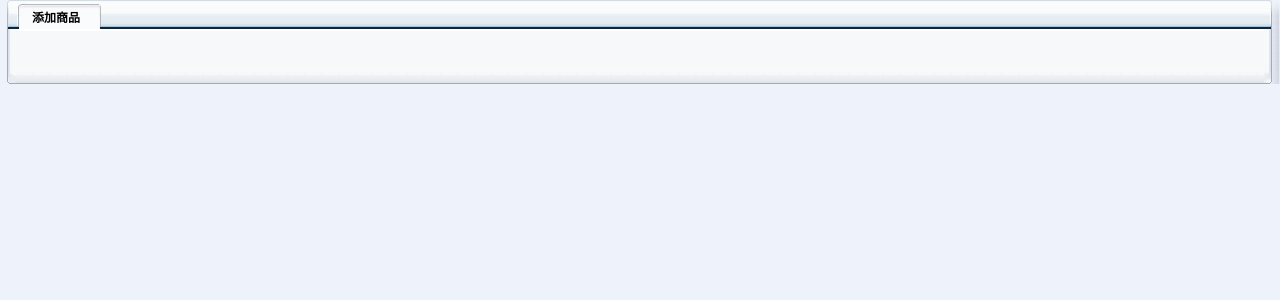
Repository: wzhcxw/shop
Page: ShopOnline/WebContent/admin/addsku.html
These files come from the project's save history. The page is drawn as it stood at one moment and after the next save; the edit follows.
The browser window is 1280 px wide. The pictures show the whole page.

Above is the page before, as saved 2014-09-25 16:13:12.

### ShopOnline/WebContent/admin/addsku.html
<link href="../admin/images/skin.css" rel="stylesheet" type="text/css" />
<meta http-equiv="Content-Type" content="text/html; charset=UTF-8" />
<head>
	<script src="../admin/js/ckeditor.js"></script>
	<script  src="../js/jquery-1.7.2.min.js"></script>
	<script  src="../js/jsbase64.js"></script>
	<script  src = "../js/json.js"></script>


	<script>



	</script>


</head>
<style type="text/css">
<!--
body {
margin-left: 0px;
margin-top: 0px;
margin-right: 0px;
margin-bottom: 0px;
background-color: #EEF2FB;
}
-->
</style>
<body>
<table width="100%" border="0" cellpadding="0" cellspacing="0">
<tr>
<td width="17" valign="top" background="../admin/images/mail_leftbg.gif"><img src="../admin/images/left-top-right.gif" width="17" height="29" /></td>
<td valign="top" background="../admin/images/content-bg.gif"><table width="100%" height="31" border="0" cellpadding="0" cellspacing="0" class="left_topbg" id="table2">
<tr>
<td height="31"><div class="titlebt">添加商品</div></td>
</tr>
</table></td>
<td width="16" valign="top" background="../admin/images/mail_rightbg.gif"><img src="../admin/images/nav-right-bg.gif" width="16" height="29" /></td>
</tr>
<tr>
<td valign="middle" background="../admin/images/mail_leftbg.gif">&nbsp;</td>
<td valign="top" bgcolor="#F7F8F9">&nbsp;


<body  id= mainbody  >
 	<br>
	<br>





</body>





</td>
<td background="../admin/images/mail_rightbg.gif">&nbsp;
</td>
</tr>
<tr>
<td valign="bottom" background="../admin/images/mail_leftbg.gif"><img src="../admin/images/buttom_left2.gif" width="17" height="17" /></td>
<td background="../admin/images/buttom_bgs.gif"><img src="../admin/images/buttom_bgs.gif" width="17" height="17"></td>
<td valign="bottom" background="../admin/images/mail_rightbg.gif"><img src="../admin/images/buttom_right2.gif" width="16" height="17" /></td>
</tr>
</table>
</body>

### ShopOnline/WebContent/js/jsbase64.js
/**
 * base64 de   en,
 */

function Base64() {

    // private property
    _keyStr = "ABCDEFGHIJKLMNOPQRSTUVWXYZabcdefghijklmnopqrstuvwxyz0123456789+/=";

    // public method for encoding
    this.encode = function (input) {
        var output = "";
        var chr1, chr2, chr3, enc1, enc2, enc3, enc4;
        var i = 0;
        input = _utf8_encode(input);
        while (i < input.length) {
            chr1 = input.charCodeAt(i++);
            chr2 = input.charCodeAt(i++);
            chr3 = input.charCodeAt(i++);
            enc1 = chr1 >> 2;
            enc2 = ((chr1 & 3) << 4) | (chr2 >> 4);
            enc3 = ((chr2 & 15) << 2) | (chr3 >> 6);
            enc4 = chr3 & 63;
            if (isNaN(chr2)) {
                enc3 = enc4 = 64;
            } else if (isNaN(chr3)) {
                enc4 = 64;
            }
            output = output +
            _keyStr.charAt(enc1) + _keyStr.charAt(enc2) +
            _keyStr.charAt(enc3) + _keyStr.charAt(enc4);
        }

        return output;
    }

    // public method for decoding
    this.decode = function (input) {
        var output = "";
        var chr1, chr2, chr3;
        var enc1, enc2, enc3, enc4;
        var i = 0;
        input = input.replace(/[^A-Za-z0-9\+\/\=]/g, "");
        while (i < input.length) {
            enc1 = _keyStr.indexOf(input.charAt(i++));
            enc2 = _keyStr.indexOf(input.charAt(i++));
            enc3 = _keyStr.indexOf(input.charAt(i++));
            enc4 = _keyStr.indexOf(input.charAt(i++));
            chr1 = (enc1 << 2) | (enc2 >> 4);
            chr2 = ((enc2 & 15) << 4) | (enc3 >> 2);
            chr3 = ((enc3 & 3) << 6) | enc4;
            output = output + String.fromCharCode(chr1);
            if (enc3 != 64) {
                output = output + String.fromCharCode(chr2);
            }
            if (enc4 != 64) {
                output = output + String.fromCharCode(chr3);
            }
        }
        output = _utf8_decode(output);
        return output;
    }

    // private method for UTF-8 encoding
    _utf8_encode = function (string) {
        string = string.replace(/\r\n/g,"\n");
        var utftext = "";
        for (var n = 0; n < string.length; n++) {
            var c = string.charCodeAt(n);
            if (c < 128) {
                utftext += String.fromCharCode(c);
            } else if((c > 127) && (c < 2048)) {
                utftext += String.fromCharCode((c >> 6) | 192);
                utftext += String.fromCharCode((c & 63) | 128);
            } else {
                utftext += String.fromCharCode((c >> 12) | 224);
                utftext += String.fromCharCode(((c >> 6) & 63) | 128);
                utftext += String.fromCharCode((c & 63) | 128);
            }

        }
        return utftext;
    }

    // private method for UTF-8 decoding
    _utf8_decode = function (utftext) {
        var string = "";
        var i = 0;
        var c = c1 = c2 = 0;
        while ( i < utftext.length ) {
            c = utftext.charCodeAt(i);
            if (c < 128) {
                string += String.fromCharCode(c);
                i++;
            } else if((c > 191) && (c < 224)) {
                c2 = utftext.charCodeAt(i+1);
                string += String.fromCharCode(((c & 31) << 6) | (c2 & 63));
                i += 2;
            } else {
                c2 = utftext.charCodeAt(i+1);
                c3 = utftext.charCodeAt(i+2);
                string += String.fromCharCode(((c & 15) << 12) | ((c2 & 63) << 6) | (c3 & 63));
                i += 3;
            }
        }
        return string;
    }
}

### ShopOnline/WebContent/js/json.js
/**
 *
 */

/*
    json2.js
    2014-02-04

    Public Domain.

    NO WARRANTY EXPRESSED OR IMPLIED. USE AT YOUR OWN RISK.

    See http://www.JSON.org/js.html


    This code should be minified before deployment.
    See http://javascript.crockford.com/jsmin.html

    USE YOUR OWN COPY. IT IS EXTREMELY UNWISE TO LOAD CODE FROM SERVERS YOU DO
    NOT CONTROL.


    This file creates a global JSON object containing two methods: stringify
    and parse.

        JSON.stringify(value, replacer, space)
            value       any JavaScript value, usually an object or array.

            replacer    an optional parameter that determines how object
                        values are stringified for objects. It can be a
                        function or an array of strings.

            space       an optional parameter that specifies the indentation
                        of nested structures. If it is omitted, the text will
                        be packed without extra whitespace. If it is a number,
                        it will specify the number of spaces to indent at each
                        level. If it is a string (such as '\t' or '&nbsp;'),
                        it contains the characters used to indent at each level.

            This method produces a JSON text from a JavaScript value.

            When an object value is found, if the object contains a toJSON
            method, its toJSON method will be called and the result will be
            stringified. A toJSON method does not serialize: it returns the
            value represented by the name/value pair that should be serialized,
            or undefined if nothing should be serialized. The toJSON method
            will be passed the key associated with the value, and this will be
            bound to the value

            For example, this would serialize Dates as ISO strings.

                Date.prototype.toJSON = function (key) {
                    function f(n) {
                        // Format integers to have at least two digits.
                        return n < 10 ? '0' + n : n;
                    }

                    return this.getUTCFullYear()   + '-' +
                         f(this.getUTCMonth() + 1) + '-' +
                         f(this.getUTCDate())      + 'T' +
                         f(this.getUTCHours())     + ':' +
                         f(this.getUTCMinutes())   + ':' +
                         f(this.getUTCSeconds())   + 'Z';
                };

            You can provide an optional replacer method. It will be passed the
            key and value of each member, with this bound to the containing
            object. The value that is returned from your method will be
            serialized. If your method returns undefined, then the member will
            be excluded from the serialization.

            If the replacer parameter is an array of strings, then it will be
            used to select the members to be serialized. It filters the results
            such that only members with keys listed in the replacer array are
            stringified.

            Values that do not have JSON representations, such as undefined or
            functions, will not be serialized. Such values in objects will be
            dropped; in arrays they will be replaced with null. You can use
            a replacer function to replace those with JSON values.
            JSON.stringify(undefined) returns undefined.

            The optional space parameter produces a stringification of the
            value that is filled with line breaks and indentation to make it
            easier to read.

            If the space parameter is a non-empty string, then that string will
            be used for indentation. If the space parameter is a number, then
            the indentation will be that many spaces.

            Example:

            text = JSON.stringify(['e', {pluribus: 'unum'}]);
            // text is '["e",{"pluribus":"unum"}]'


            text = JSON.stringify(['e', {pluribus: 'unum'}], null, '\t');
            // text is '[\n\t"e",\n\t{\n\t\t"pluribus": "unum"\n\t}\n]'

            text = JSON.stringify([new Date()], function (key, value) {
                return this[key] instanceof Date ?
                    'Date(' + this[key] + ')' : value;
            });
            // text is '["Date(---current time---)"]'


        JSON.parse(text, reviver)
            This method parses a JSON text to produce an object or array.
            It can throw a SyntaxError exception.

            The optional reviver parameter is a function that can filter and
            transform the results. It receives each of the keys and values,
            and its return value is used instead of the original value.
            If it returns what it received, then the structure is not modified.
            If it returns undefined then the member is deleted.

            Example:

            // Parse the text. Values that look like ISO date strings will
            // be converted to Date objects.

            myData = JSON.parse(text, function (key, value) {
                var a;
                if (typeof value === 'string') {
                    a =
/^(\d{4})-(\d{2})-(\d{2})T(\d{2}):(\d{2}):(\d{2}(?:\.\d*)?)Z$/.exec(value);
                    if (a) {
                        return new Date(Date.UTC(+a[1], +a[2] - 1, +a[3], +a[4],
                            +a[5], +a[6]));
                    }
                }
                return value;
            });

            myData = JSON.parse('["Date(09/09/2001)"]', function (key, value) {
                var d;
                if (typeof value === 'string' &&
                        value.slice(0, 5) === 'Date(' &&
                        value.slice(-1) === ')') {
                    d = new Date(value.slice(5, -1));
                    if (d) {
                        return d;
                    }
                }
                return value;
            });


    This is a reference implementation. You are free to copy, modify, or
    redistribute.
*/

/*jslint evil: true, regexp: true */

/*members "", "\b", "\t", "\n", "\f", "\r", "\"", JSON, "\\", apply,
    call, charCodeAt, getUTCDate, getUTCFullYear, getUTCHours,
    getUTCMinutes, getUTCMonth, getUTCSeconds, hasOwnProperty, join,
    lastIndex, length, parse, prototype, push, replace, slice, stringify,
    test, toJSON, toString, valueOf
*/


// Create a JSON object only if one does not already exist. We create the
// methods in a closure to avoid creating global variables.

if (typeof JSON !== 'object') {
    JSON = {};
}

(function () {
    'use strict';

    function f(n) {
        // Format integers to have at least two digits.
        return n < 10 ? '0' + n : n;
    }

    if (typeof Date.prototype.toJSON !== 'function') {

        Date.prototype.toJSON = function () {

            return isFinite(this.valueOf())
                ? this.getUTCFullYear()     + '-' +
                    f(this.getUTCMonth() + 1) + '-' +
                    f(this.getUTCDate())      + 'T' +
                    f(this.getUTCHours())     + ':' +
                    f(this.getUTCMinutes())   + ':' +
                    f(this.getUTCSeconds())   + 'Z'
                : null;
        };

        String.prototype.toJSON      =
            Number.prototype.toJSON  =
            Boolean.prototype.toJSON = function () {
                return this.valueOf();
            };
    }

    var cx,
        escapable,
        gap,
        indent,
        meta,
        rep;


    function quote(string) {

// If the string contains no control characters, no quote characters, and no
// backslash characters, then we can safely slap some quotes around it.
// Otherwise we must also replace the offending characters with safe escape
// sequences.

        escapable.lastIndex = 0;
        return escapable.test(string) ? '"' + string.replace(escapable, function (a) {
            var c = meta[a];
            return typeof c === 'string'
                ? c
                : '\\u' + ('0000' + a.charCodeAt(0).toString(16)).slice(-4);
        }) + '"' : '"' + string + '"';
    }


    function str(key, holder) {

// Produce a string from holder[key].

        var i,          // The loop counter.
            k,          // The member key.
            v,          // The member value.
            length,
            mind = gap,
            partial,
            value = holder[key];

// If the value has a toJSON method, call it to obtain a replacement value.

        if (value && typeof value === 'object' &&
                typeof value.toJSON === 'function') {
            value = value.toJSON(key);
        }

// If we were called with a replacer function, then call the replacer to
// obtain a replacement value.

        if (typeof rep === 'function') {
            value = rep.call(holder, key, value);
        }

// What happens next depends on the value's type.

        switch (typeof value) {
        case 'string':
            return quote(value);

        case 'number':

// JSON numbers must be finite. Encode non-finite numbers as null.

            return isFinite(value) ? String(value) : 'null';

        case 'boolean':
        case 'null':

// If the value is a boolean or null, convert it to a string. Note:
// typeof null does not produce 'null'. The case is included here in
// the remote chance that this gets fixed someday.

            return String(value);

// If the type is 'object', we might be dealing with an object or an array or
// null.

        case 'object':

// Due to a specification blunder in ECMAScript, typeof null is 'object',
// so watch out for that case.

            if (!value) {
                return 'null';
            }

// Make an array to hold the partial results of stringifying this object value.

            gap += indent;
            partial = [];

// Is the value an array?

            if (Object.prototype.toString.apply(value) === '[object Array]') {

// The value is an array. Stringify every element. Use null as a placeholder
// for non-JSON values.

                length = value.length;
                for (i = 0; i < length; i += 1) {
                    partial[i] = str(i, value) || 'null';
                }

// Join all of the elements together, separated with commas, and wrap them in
// brackets.

                v = partial.length === 0
                    ? '[]'
                    : gap
                    ? '[\n' + gap + partial.join(',\n' + gap) + '\n' + mind + ']'
                    : '[' + partial.join(',') + ']';
                gap = mind;
                return v;
            }

// If the replacer is an array, use it to select the members to be stringified.

            if (rep && typeof rep === 'object') {
                length = rep.length;
                for (i = 0; i < length; i += 1) {
                    if (typeof rep[i] === 'string') {
                        k = rep[i];
                        v = str(k, value);
                        if (v) {
                            partial.push(quote(k) + (gap ? ': ' : ':') + v);
                        }
                    }
                }
            } else {

// Otherwise, iterate through all of the keys in the object.

                for (k in value) {
                    if (Object.prototype.hasOwnProperty.call(value, k)) {
                        v = str(k, value);
                        if (v) {
                            partial.push(quote(k) + (gap ? ': ' : ':') + v);
                        }
                    }
                }
            }

// Join all of the member texts together, separated with commas,
// and wrap them in braces.

            v = partial.length === 0
                ? '{}'
                : gap
                ? '{\n' + gap + partial.join(',\n' + gap) + '\n' + mind + '}'
                : '{' + partial.join(',') + '}';
            gap = mind;
            return v;
        }
    }

// If the JSON object does not yet have a stringify method, give it one.

    if (typeof JSON.stringify !== 'function') {
        escapable = /[\\\"\x00-\x1f\x7f-\x9f\u00ad\u0600-\u0604\u070f\u17b4\u17b5\u200c-\u200f\u2028-\u202f\u2060-\u206f\ufeff\ufff0-\uffff]/g;
        meta = {    // table of character substitutions
            '\b': '\\b',
            '\t': '\\t',
            '\n': '\\n',
            '\f': '\\f',
            '\r': '\\r',
            '"' : '\\"',
            '\\': '\\\\'
        };
        JSON.stringify = function (value, replacer, space) {

// The stringify method takes a value and an optional replacer, and an optional
// space parameter, and returns a JSON text. The replacer can be a function
// that can replace values, or an array of strings that will select the keys.
// A default replacer method can be provided. Use of the space parameter can
// produce text that is more easily readable.

            var i;
            gap = '';
            indent = '';

// If the space parameter is a number, make an indent string containing that
// many spaces.

            if (typeof space === 'number') {
                for (i = 0; i < space; i += 1) {
                    indent += ' ';
                }

// If the space parameter is a string, it will be used as the indent string.

            } else if (typeof space === 'string') {
                indent = space;
            }

// If there is a replacer, it must be a function or an array.
// Otherwise, throw an error.

            rep = replacer;
            if (replacer && typeof replacer !== 'function' &&
                    (typeof replacer !== 'object' ||
                    typeof replacer.length !== 'number')) {
                throw new Error('JSON.stringify');
            }

// Make a fake root object containing our value under the key of ''.
// Return the result of stringifying the value.

            return str('', {'': value});
        };
    }


// If the JSON object does not yet have a parse method, give it one.

    if (typeof JSON.parse !== 'function') {
        cx = /[\u0000\u00ad\u0600-\u0604\u070f\u17b4\u17b5\u200c-\u200f\u2028-\u202f\u2060-\u206f\ufeff\ufff0-\uffff]/g;
        JSON.parse = function (text, reviver) {

// The parse method takes a text and an optional reviver function, and returns
// a JavaScript value if the text is a valid JSON text.

            var j;

            function walk(holder, key) {

// The walk method is used to recursively walk the resulting structure so
// that modifications can be made.

                var k, v, value = holder[key];
                if (value && typeof value === 'object') {
                    for (k in value) {
                        if (Object.prototype.hasOwnProperty.call(value, k)) {
                            v = walk(value, k);
                            if (v !== undefined) {
                                value[k] = v;
                            } else {
                                delete value[k];
                            }
                        }
                    }
                }
                return reviver.call(holder, key, value);
            }


// Parsing happens in four stages. In the first stage, we replace certain
// Unicode characters with escape sequences. JavaScript handles many characters
// incorrectly, either silently deleting them, or treating them as line endings.

            text = String(text);
            cx.lastIndex = 0;
            if (cx.test(text)) {
                text = text.replace(cx, function (a) {
                    return '\\u' +
                        ('0000' + a.charCodeAt(0).toString(16)).slice(-4);
                });
            }

// In the second stage, we run the text against regular expressions that look
// for non-JSON patterns. We are especially concerned with '()' and 'new'
// because they can cause invocation, and '=' because it can cause mutation.
// But just to be safe, we want to reject all unexpected forms.

// We split the second stage into 4 regexp operations in order to work around
// crippling inefficiencies in IE's and Safari's regexp engines. First we
// replace the JSON backslash pairs with '@' (a non-JSON character). Second, we
// replace all simple value tokens with ']' characters. Third, we delete all
// open brackets that follow a colon or comma or that begin the text. Finally,
// we look to see that the remaining characters are only whitespace or ']' or
// ',' or ':' or '{' or '}'. If that is so, then the text is safe for eval.

            if (/^[\],:{}\s]*$/
                    .test(text.replace(/\\(?:["\\\/bfnrt]|u[0-9a-fA-F]{4})/g, '@')
                        .replace(/"[^"\\\n\r]*"|true|false|null|-?\d+(?:\.\d*)?(?:[eE][+\-]?\d+)?/g, ']')
                        .replace(/(?:^|:|,)(?:\s*\[)+/g, ''))) {

// In the third stage we use the eval function to compile the text into a
// JavaScript structure. The '{' operator is subject to a syntactic ambiguity
// in JavaScript: it can begin a block or an object literal. We wrap the text
// in parens to eliminate the ambiguity.

                j = eval('(' + text + ')');

// In the optional fourth stage, we recursively walk the new structure, passing
// each name/value pair to a reviver function for possible transformation.

                return typeof reviver === 'function'
                    ? walk({'': j}, '')
                    : j;
            }

// If the text is not JSON parseable, then a SyntaxError is thrown.

            throw new SyntaxError('JSON.parse');
        };
    }
}());

Loaded but not shown: ShopOnline/WebContent/admin/images/skin.css (common file); ShopOnline/WebContent/admin/js/ckeditor.js (library); ShopOnline/WebContent/js/jquery-1.7.2.min.js (library)

After the next save:
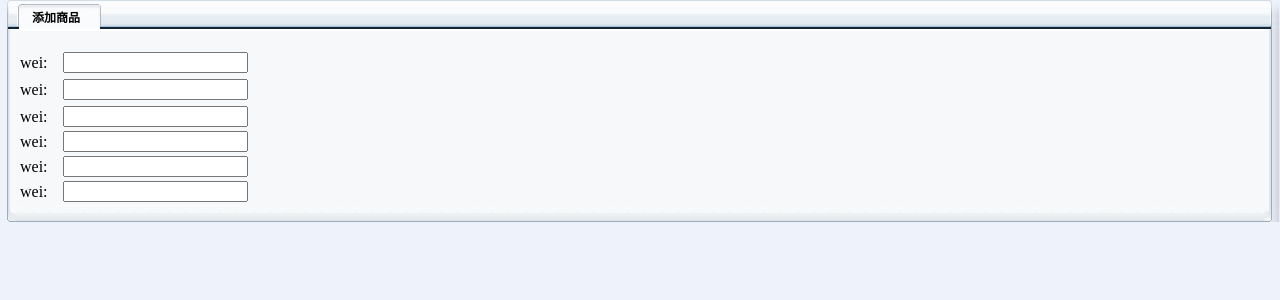
Saved 25 min 15 s later.
--- a/ShopOnline/WebContent/admin/addsku.html
+++ b/ShopOnline/WebContent/admin/addsku.html
@@ -44,9 +44,34 @@ background-color: #EEF2FB;
 
 <body  id= mainbody  >
  	<br>
-	<br>
 
+	<table width="324">
+        <tr>
+        	<td width="43" height="22">wei:</td>
+           <td width="304"><input width="50"></input></td>
+        </tr>
+                <tr>
+        	<td height="27">wei:</td>
+           <td><input width="50"></input></td>
+        </tr>
+                <tr>
+        	<td>wei:</td>
+           <td><input width="50"></input></td>
+        </tr>
+                <tr>
+        	<td>wei:</td>
+           <td><input width="50"></input></td>
+        </tr>
+                <tr>
+        	<td>wei:</td>
+           <td><input width="50"></input></td>
+        </tr>
+                <tr>
+        	<td>wei:</td>
+           <td><input width="50"></input></td>
+        </tr>
 
+    </table>
 
 
 
